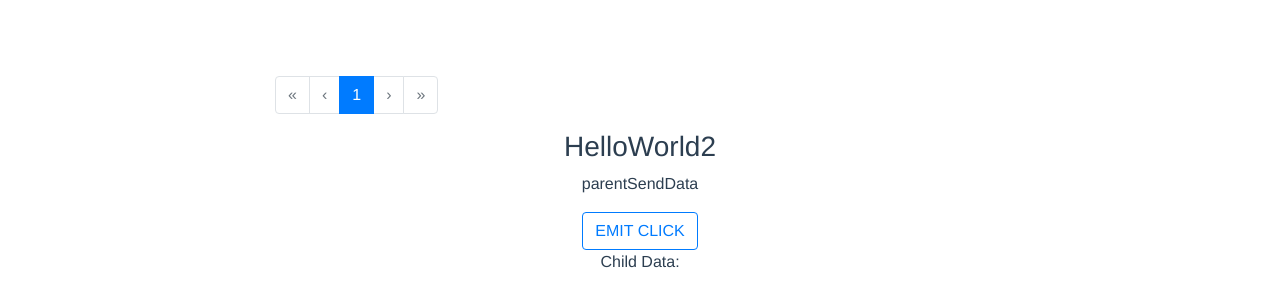
Repository: iian0910/bootstrapVue-demo
Page: /
The author's editor kept a copy of each file at every save. The page is drawn from the files as they stood at one save, then again after the next save.
The browser window is 1280 px wide. The pictures show the whole page.
The page's requests for data from a server got no answer. The project was rebuilt for these pictures with package versions that can differ from the ones it lists, and the page was loaded fresh each time. No one was signed in, and anything a server would have sent is missing.

Above is the page before, as saved 2021-04-26 12:29:41.

After the next save:
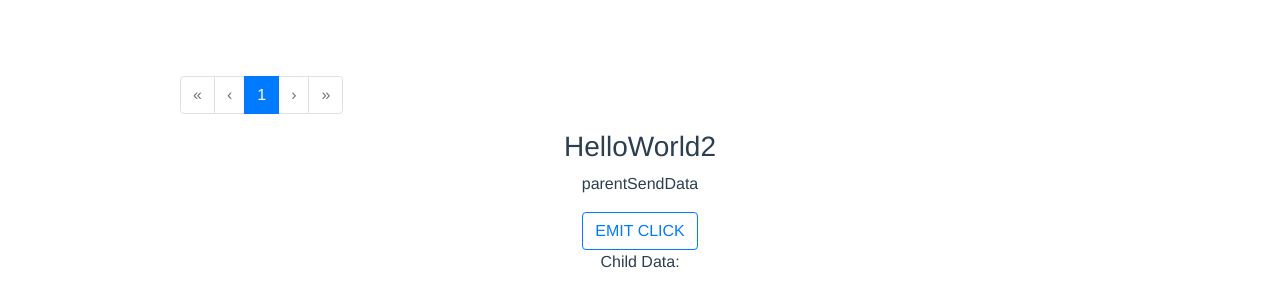
Saved 13 s later.
--- a/src/components/HelloWorld.vue
+++ b/src/components/HelloWorld.vue
@@ -2,7 +2,7 @@
   <div>
     <div class="container">
       <div class="row">
-        <div class="col-8 offset-2">
+        <div class="col-10 offset-1">
           <!-- Table: 基本款 -->
           <!-- <b-table striped hover :items="sliceDate"></b-table> -->
 
